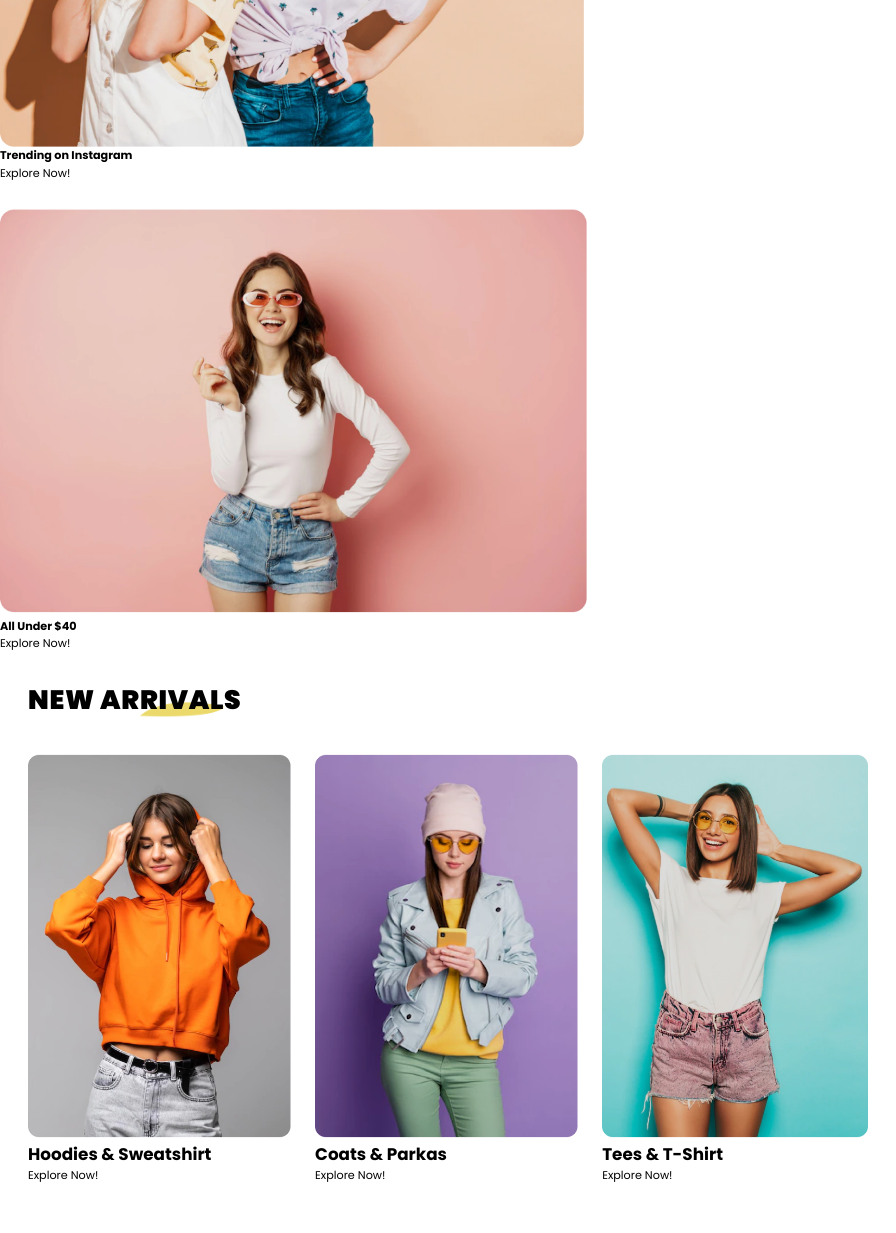
Repository: isaacCodes1/FashionSite
Page: index.html
An editor plug-in stored every save of this project. The page is shown before and after the next save, followed by the edit.
The browser window is 1280 px wide. The pictures show the part of the page from y = 2808 to 4728 px (the page is 4570 px tall before and 4728 px after), at 70% of full size.

Above is the page before, as saved 2024-03-13 09:25:11.

### index.html
<!DOCTYPE html>
<html lang="en">
  <head>
    <meta charset="UTF-8" />
    <meta name="viewport" content="width=device-width, initial-scale=1.0" />
    <title>Shopping Site Assignment</title>
    <link rel="stylesheet" href="style.css" />
  </head>
  <body>
    <header>
      <nav>
        <div class="image">
          <a href="#"><img src="/Assets/Vector.png" />FASHION</a>
        </div>
        <div class="navItems">
          <ul>
            <li><a href="#">CATALOGUE</a></li>
            <li><a href="#">FASHION</a></li>
            <li><a href="#">FAVORITE</a></li>
            <li><a href="#">LIFESTYLE</a></li>
          </ul>
          <button>SIGN UP</button>
        </div>
      </nav>
    </header>
    <main>
      <section class="firstPageCont">
        <div class="FirstPage">
          <div class="txtCont">
            <h1>
              <span class="spn1">LET'S <br /></span>EXPLORE <br />
              <span class="spn2">UNIQUE <br /></span>CLOTHES.
            </h1>
            <p>Live for Influential and Innovative fashion!</p>
            <div class="txtBtn">
              <img src="/Assets/Vector 9.png" alt="" />
              <button class="btns">Shop Now</button>
            </div>
          </div>
          <div class="imgCont">
            <div class="star1"><img src="/Assets/Star 11.png" alt="" /></div>
            <div class="star2"><img src="/Assets/Star 11.png" alt="" /></div>
            <div class="star3"><img src="/Assets/Star 11.png" alt="" /></div>
            <div class="star4"><img src="/Assets/Star 11.png" alt="" /></div>
            <img src="/Assets/girl.png" alt="" />
          </div>
        </div>
      </section>
      <section class="firstPageFooter">
        <div class="logoCont">
          <img src="/Assets/HM.png" alt="" />
          <img src="/Assets/Obey.png" alt="" />
          <img src="/Assets/Shopify.png" alt="" />
          <img src="/Assets/Lacoste.png" alt="" />
          <img src="/Assets/Levis.png" alt="" />
          <img src="/Assets/Amazon.png" alt="" />
        </div>
      </section>
      <section class="nextPageCont">
        <div class="nextPageText">
          <h1>NEW ARRIVALS</h1>
          <img src="/Assets/Vector 9.png" alt="" />
        </div>
        <div class="prettyImages">
          <div class="Images">
            <div class="prettyImg">
              <img src="/Assets/image1.png" alt="" />
            </div>
            <div class="prettyText">
              <div class="txtIcon">
                <h1>Hoodies & Sweatshirt</h1>
                <p>Explore Now!</p>
              </div>
              <div class="icons"></div>
            </div>
          </div>
          <div class="Images">
            <div class="prettyImg">
              <img src="/Assets/image2.png" alt="" />
            </div>
            <div class="prettyText">
              <div class="txtIcon">
                <h1>Coats & Parkas</h1>
                <p>Explore Now!</p>
              </div>
              <div class="icons"></div>
            </div>
          </div>
          <div class="Images">
            <div class="prettyImg">
              <img src="/Assets/image3.png" alt="" />
            </div>
            <div class="prettyText">
              <div class="txtIcon">
                <h1>Tees & T-Shirt</h1>
                <p>Explore Now!</p>
              </div>
              <div class="icons"></div>
            </div>
          </div>
        </div>
      </section>
      <section class="payDay">
        <div class="genDiv">
          <div class="yellowImg">
            <img src="/Assets/image 12.png" alt="" />
          </div>
          <div class="yellowTxt">
            <h1><span class="spn3">PAYDAY</span>SALE NOW</h1>
            <p>
              Spend minimal $100 get 30% off <br />voucher code for your next
              purchase
            </p>
            <p><strong>1 June -10 June 2021</strong></p>
            <p class="para">*Terms &Conditions apply</p>
            <button class="btn">SHOP NOW</button>
          </div>
        </div>
      </section>
      <section class="nxtSect">
        <div class="nxtSectText">
          <h1>Young's Favorite.</h1>
          <img src="/Assets/Vector 9.png" alt="" />
        </div>
      </section>
      <section>
        <!-- img1 -->
        <div class="girlsSectn">
          <div class="section">
            <div class="girlsImg">
              <img src="/Assets/Girls.png" alt="" />
              <div class="assetText">
                <h4>Trending on Instagram</h4>
                <p>Explore Now!</p>
              </div>
            </div>
          </div>
        </div>
        <!---- img2 ---->
        <div class="girlsSectn">
          <div class="section">
            <div class="girlsImg1">
              <img src="/Assets/Rectangle 49.png" alt="" />
              <div class="assetText">
                <h4>All Under $40</h4>
                <p>Explore Now!</p>
              </div>
            </div>
          </div>
        </div>
      </section>


      <section class="nextPageCont">
        <div class="nextPageText">
          <h1>NEW ARRIVALS</h1>
          <img src="/Assets/Vector 9.png" alt="" />
        </div>
        <div class="prettyImages">
          <div class="Images">
            <div class="prettyImg">
              <img src="/Assets/image1.png" alt="" />
            </div>
            <div class="prettyText">
              <div class="txtIcon">
                <h1>Hoodies & Sweatshirt</h1>
                <p>Explore Now!</p>
              </div>
              <div class="icons"></div>
            </div>
          </div>
          <div class="Images">
            <div class="prettyImg">
              <img src="/Assets/image2.png" alt="" />
            </div>
            <div class="prettyText">
              <div class="txtIcon">
                <h1>Coats & Parkas</h1>
                <p>Explore Now!</p>
              </div>
              <div class="icons"></div>
            </div>
          </div>
          <div class="Images">
            <div class="prettyImg">
              <img src="/Assets/image3.png" alt="" />
            </div>
            <div class="prettyText">
              <div class="txtIcon">
                <h1>Tees & T-Shirt</h1>
                <p>Explore Now!</p>
              </div>
              <div class="icons"></div>
            </div>
          </div>
        </div>
      </section>
    </main>
  </body>
</html>

### style.css
@import url("https://fonts.googleapis.com/css2?family=Poppins:ital,wght@0,100;0,200;0,300;0,400;0,500;0,600;0,700;0,800;0,900;1,100;1,200;1,300;1,400;1,500;1,600;1,700;1,800;1,900&display=swap");
* {
  margin: 0;
  padding: 0;
  box-sizing: border-box;
  font-family: "Poppins", sans-serif;
}
nav {
  display: flex;
  align-items: center;
  justify-content: space-between;
  width: 100%;
  padding: 20px 40px;
}
.image a {
  display: flex;
  align-items: center;
  gap: 6px;
  text-decoration: none;
  color: #000;
  font-size: 16px;
  font-weight: 900;
}
.image a img {
  width: 16%;
}
.navItems {
  display: flex;
  gap: 30px;
  align-items: center;
}
.navItems ul {
  display: flex;
  gap: 30px;
  list-style: none;
}
.navItems ul li a {
  text-decoration: none;
  color: #000;
  font-size: 16px;
  font-weight: 500;
}
.navItems ul li:hover {
  transform: scale(1.05);
  transition: 1s ease-in-out;
}
.navItems button {
  border: 0;
  background: #000;
  padding: 10px 20px;
  color: #fff;
  border-radius: 5px;
  font-size: 13px;
}
.navItems button:hover {
  transform: scale(1.05);
  transition: 1s ease-in-out;
  color: #000;
  background: rgb(137, 136, 136);
}
/* firstPageCtn */
.firstPageCont {
  padding: 20px 40px;
}
.FirstPage {
  display: flex;
  flex: 1;
  width: 100%;
  height: 90vh;
  padding: 40px 10px 0px 10px;
  border-radius: 30px;
  background: #f4f6f5;
}
.txtCont {
  display: flex;
  flex: 0.5;
  flex-direction: column;
  gap: 10px;
  padding-left: 40px;
}

.txtCont h1 {
  font-size: 64px;
  font-weight: 900;
  width: 50%;
  line-height: 75px;
}

.txtCont p {
  font-size: 20px;
}
.txtBtn {
  display: flex;
  align-items: center;
  width: 80%;
  margin-top: 10px;
  gap: 10px;
}
.btns {
  border: 0;
  background: #000;
  padding: 10px 20px;
  color: #fff;
  border-radius: 5px;
  font-size: 13px;
}
.btns:hover {
  transform: scale(1.05);
  transition: 1s ease-in-out;
  color: #000;
  background: rgb(137, 136, 136);
}
.txtBtn img {
  width: 100px;
}
.imgCont {
  flex: 0.5;
  display: flex;
  position: relative;
}
.star1 {
  position: absolute;
  top: 5px;
  left: 10px;
}
.star1 img {
  width: 30px;
}
.star2 {
  position: absolute;
  top: 20px;
  left: 450px;
}
.star2 img {
  width: 30px;
}
.star3 {
  position: absolute;
  bottom: 10px;
  left: 70px;
}
.star3 img {
  width: 30px;
}
.star4 {
  position: absolute;
  bottom: 20px;
  left: 400px;
}
.star4 img {
  width: 30px;
}
.spn1 {
  display: flex;
  align-items: center;
  background-image: url(/Assets/rectangle1.png);
  background-size: cover;
  background-repeat: no-repeat;
  width: 100%;
}
.spn2 {
  background-image: url(/Assets/Rectangle2.png);
  background-size: cover;
  background-repeat: no-repeat;
  padding-right: 50px;
}
/* next Page */
.firstPageFooter {
  background: #ebd96b;
  padding: 20px 30px;
  display: flex;
  align-items: center;
  justify-content: center;
}
.logoCont {
  display: flex;
  justify-content: center;
  gap: 50px;
}
.logoCont img {
  width: 7%;
}
.nextPageCont {
  margin-top: 20px;
  padding: 20px 40px;
  display: flex;
  flex-direction: column;
  gap: 50px;
  margin-bottom: 50px;
}
.nextPageText {
  position: relative;
}
.nextPageText h1 {
  font-size: 38px;
  letter-spacing: 1px;
  font-weight: 900;
}
.nextPageText img {
  position: absolute;
  bottom: 5px;
  left: 160px;
  width: 10%;
  z-index: -1;
}
.prettyImages {
  display: flex;
  gap: 35px;
}
.Images {
  /* display: flex; */
  /* flex-direction: column; */
}
.prettyImg img {
  width: 100%;
}
.payDay {
  background: linear-gradient(
    1.32deg,
    #e0c340 0.13%,
    #dfc23e 3.97%,
    #e1c441 7.2%,
    #e3c743 10.13%,
    #e4c542 12.98%,
    #e6c744 15.99%,
    #e7c845 19.52%,
    #e5c643 23.96%,
    #e6c945 30.43%,
    #e3c743 36.49%,
    #e9ca48 42.49%,
    #edce49 49.35%,
    #f0d44c 55.42%,
    #f4d84f 61.43%,
    #f6da52 65.74%,
    #f7db53 72.23%,
    #f9dd55 77.43%,
    #f9df56 83.84%,
    #fae157 91.52%,
    #f9df56 97.87%
  );
}
.yellowTxt {
  flex-direction: column;
  margin-bottom: 10px;
}
.yellowTxt h1 {
  font-size: 65px;
  font-weight: 900;
}
.yellowTxt p {
  font-size: 22px;
  font-weight: 500;
}
.yellowImg img {
  flex: 0.5;
  display: flex;
  width: 600px;
  position: relative;
}

.genDiv {
  display: flex;
  align-items: center;
}
.btn {
  border: 0;
  background: #000;
  padding: 15px 25px;
  color: #fff;
  border-radius: 5px;
  font-size: 18px;
  font-weight: 500;
}
.btn:hover {
  transform: scale(1.05);
  transition: 1s ease-in-out;
  color: #000;
  background: rgb(137, 136, 136);
}
.spn3 {
  display: flex;
  background-image: url(/Assets/rectangle1.png);
  background-size: cover;
  background-repeat: no-repeat;
  width: 300px;
}
.nxtSect {
  margin-top: 20px;
  padding: 20px 40px;
  display: flex;
  flex-direction: column;
  gap: 50px;
  margin-bottom: 50px;
}
.nxtSectText {
  position: relative;
}
.nxtSectText h1 {
  font-size: 38px;
  letter-spacing: 1px;
  font-weight: 900;
}
.nxtSectText img {
  position: absolute;
  bottom: 6px;
  left: 250px;
  width: 10%;
  z-index: -1;
}
.girlsSectn {
  display: flex;
  gap: 30px;
}
.section {
  /* display: flex; */
  flex-direction: column;
}
.girlsImg {
  padding-bottom: 40px;
  display: flex;
  flex-direction: column;
}
.girlsImg img {
  width: 100%;
  /* display: flex; */
}
.girlsImg1 {
  /* margin-left: 500px; */
}
.girlsImg1 img {
  width: 100%;
}
.assetText{
  display: flex;
  flex-direction: column;
}

After the next save:
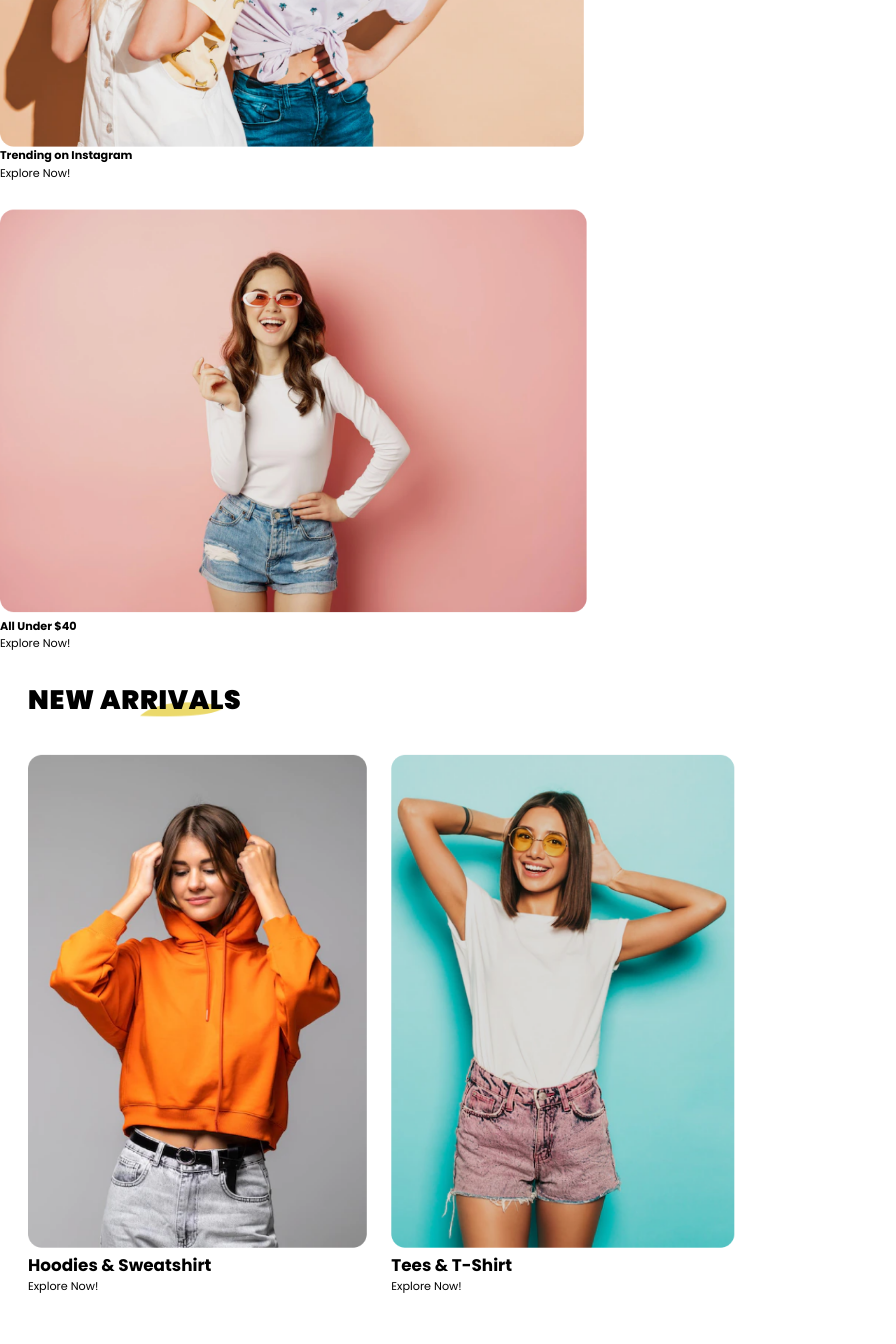
Saved 29 s later.
--- a/index.html
+++ b/index.html
@@ -169,18 +169,7 @@
               <div class="icons"></div>
             </div>
           </div>
-          <div class="Images">
-            <div class="prettyImg">
-              <img src="/Assets/image2.png" alt="" />
-            </div>
-            <div class="prettyText">
-              <div class="txtIcon">
-                <h1>Coats & Parkas</h1>
-                <p>Explore Now!</p>
-              </div>
-              <div class="icons"></div>
-            </div>
-          </div>
+
           <div class="Images">
             <div class="prettyImg">
               <img src="/Assets/image3.png" alt="" />
